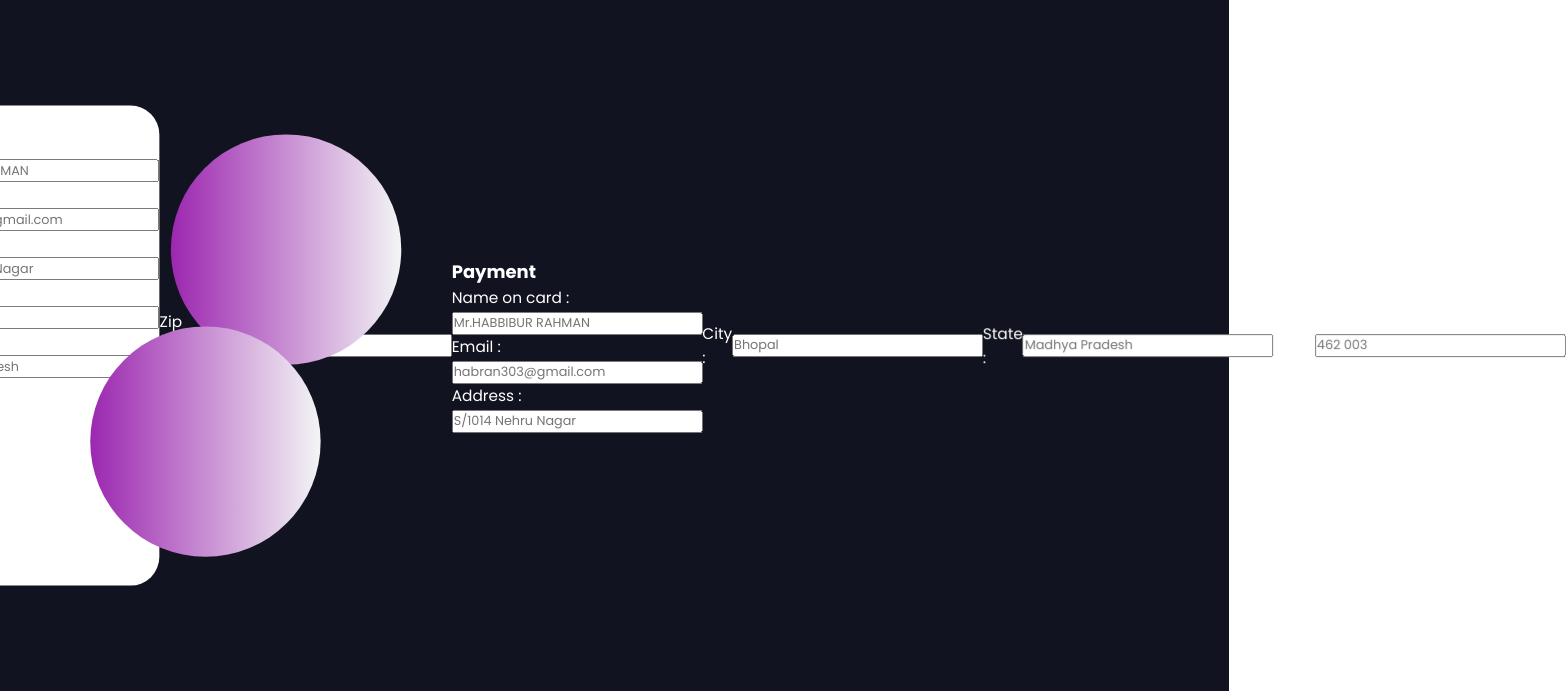
Repository: Habeebur1493/-002-Prompt
Page: index.html
The author's editor kept a copy of each file at every save. The page is drawn from the files as they stood at one save, then again after a run of saves.
The browser window is 1280 px wide. The page is 1631 px wide, so the pictures cover 1631 px, including what lies to the right of the window. The pictures show the whole page, at 96% of full size.

Above is the page before, as saved 2024-09-11 00:19:54.

After the next 2 saves:
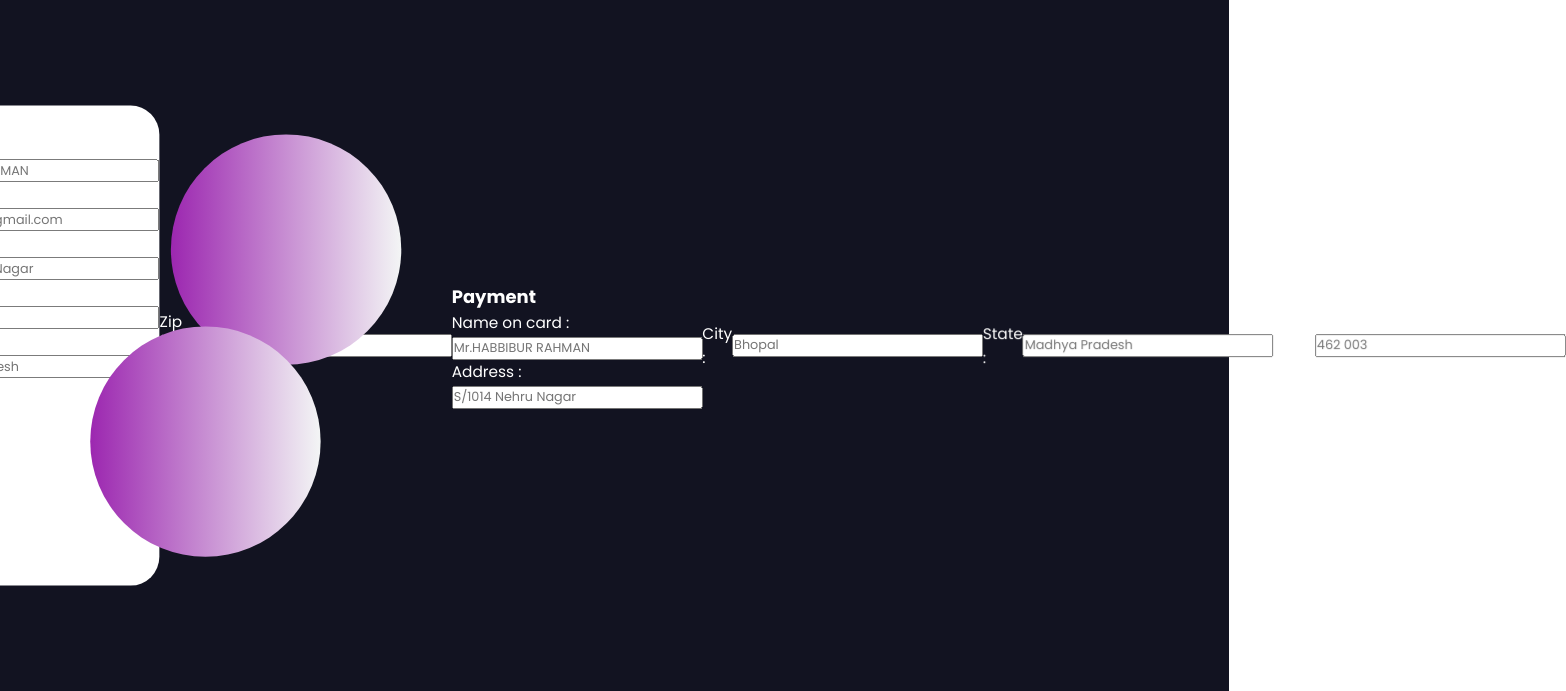
The 2 saves are shown as one change because they came seconds apart.
The last was saved 24 s later.
--- a/index.html
+++ b/index.html
@@ -81,10 +81,6 @@
                         <span>Name on card :</span>
                         <input type="text" placeholder="Mr.HABBIBUR RAHMAN">
                     </div>
-                    <div class="inputbox">
-                        <span>Email :</span>
-                        <input type="email" placeholder="habran303@gmail.com">
-                    </div>
                     <div class="inputbox"></div>
                         <span>Address :</span>
                         <input type="text" placeholder="S/1014 Nehru Nagar">
